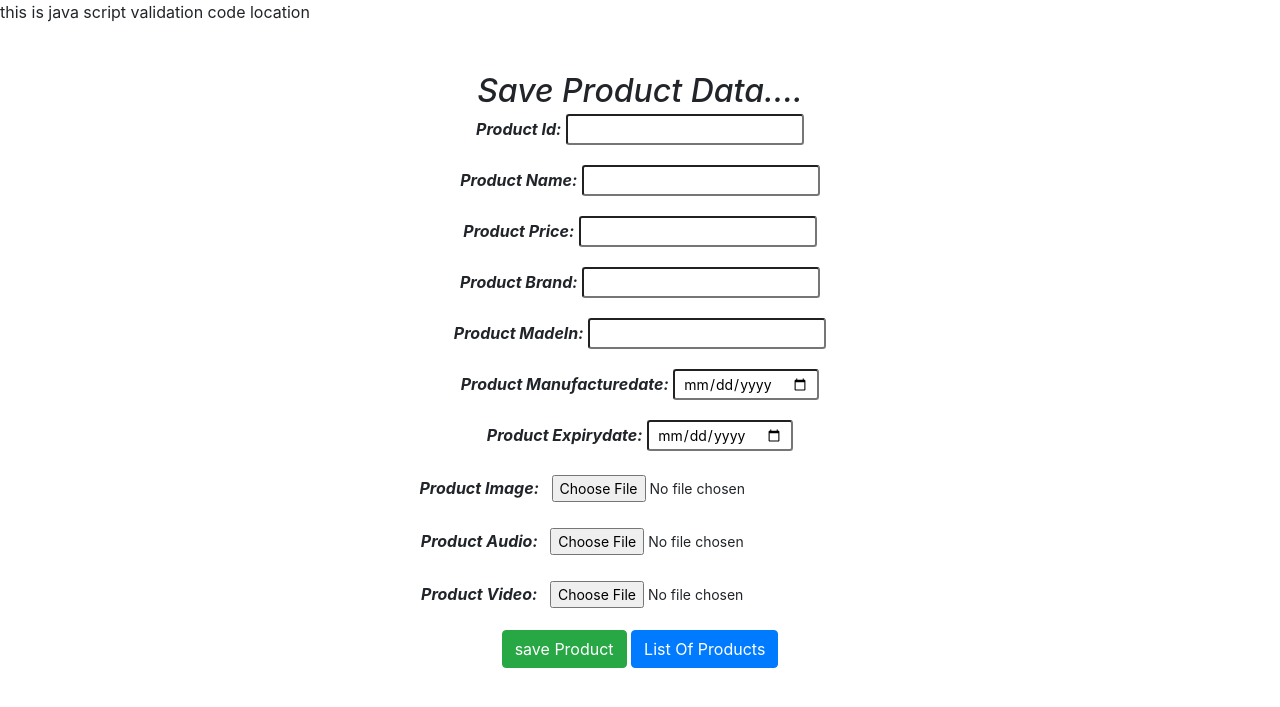
Repository: vyshali143/Advanced-java
Page: ProductApp/src/main/webapp/Product.html
The author's editor kept a copy of each file at every save. The page is drawn from the files as they stood at one save, then again after the next save.
The browser window is 1280 px wide. The pictures show the whole page.

Above is the page before, as saved 2024-03-24 14:01:44.

After the next save:
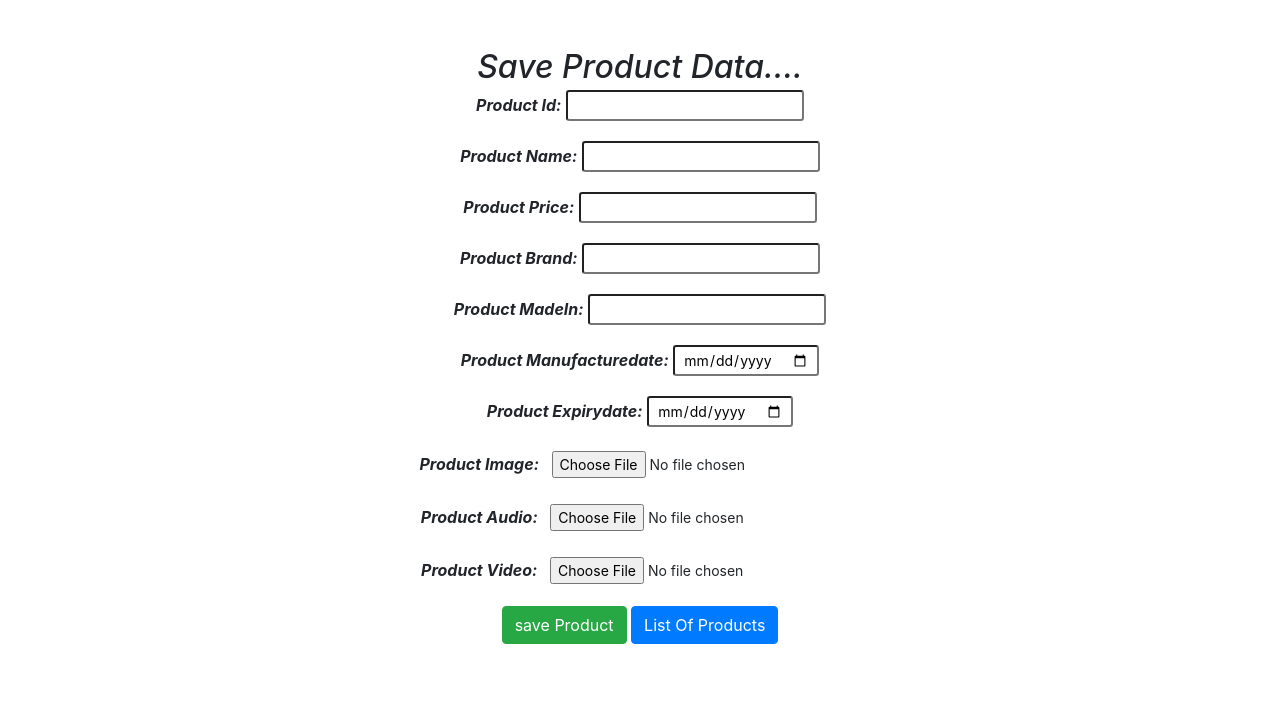
Saved 25 s later.
--- a/ProductApp/src/main/webapp/Product.html
+++ b/ProductApp/src/main/webapp/Product.html
@@ -3,7 +3,7 @@
 <title>Add Product...</title>
 <!-- bootstrap cdn linke to get the support  of bootstrap-->
 <link rel="stylesheet" href="https://stackpath.bootstrapcdn.com/bootstrap/4.5.1/css/bootstrap.min.css">
-this is java script validation code location
+
 <script src="formvalidation.js"></script>
 </head>
 <body>
